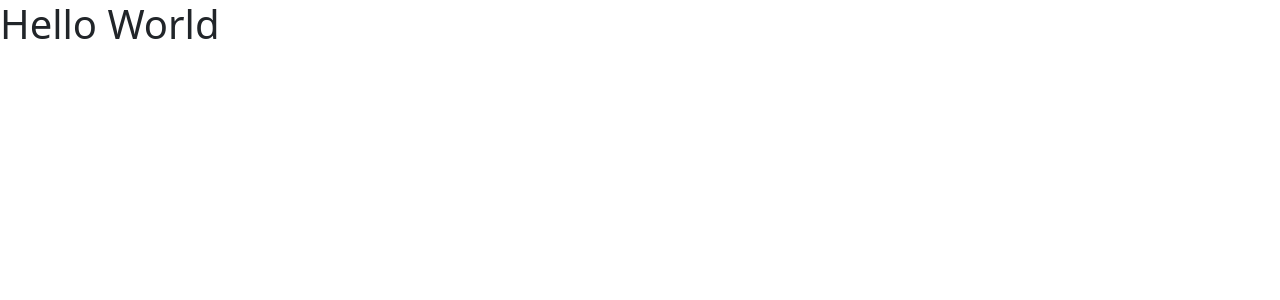
Repository: SandeepSharma2002/JavaProjects
Page: http://localhost/ENotes/
An editor plug-in stored every save of this project. The page is shown before and after the next save, followed by the edit.
The browser window is 1280 px wide. The pictures show the whole page.
The page is served by Tomcat 9. Other server files are loaded and not shown.

Above is the page before, as saved 2023-10-23 19:36:29.

### ENotes/src/main/webapp/index.jsp
<%@ page language="java" contentType="text/html; charset=ISO-8859-1"
	pageEncoding="ISO-8859-1"%>
<!DOCTYPE html>
<html>
<head>
<meta charset="ISO-8859-1">
<title>Home Page</title>

<%@ include file = "Components/allcss.jsp" %>

</head>
<body>

<h1>Hello World</h1>

</body>
</html>

### ENotes/src/main/webapp/Components/allcss.jsp
<link ref="stylesheet" href="Style/Style.css" />

<link
	href="https://cdn.jsdelivr.net/npm/bootstrap@5.3.2/dist/css/bootstrap.min.css"
	rel="stylesheet"
	integrity="sha384-T3c6CoIi6uLrA9TneNEoa7RxnatzjcDSCmG1MXxSR1GAsXEV/Dwwykc2MPK8M2HN"
	crossorigin="anonymous">

<link rel="stylesheet"
	href="https://cdnjs.cloudflare.com/ajax/libs/font-awesome/6.4.2/css/all.min.css"
	integrity="sha512-z3gLpd7yknf1YoNbCzqRKc4qyor8gaKU1qmn+CShxbuBusANI9QpRohGBreCFkKxLhei6S9CQXFEbbKuqLg0DA=="
	crossorigin="anonymous" referrerpolicy="no-referrer" />


<script
	src="https://cdn.jsdelivr.net/npm/bootstrap@5.3.2/dist/js/bootstrap.bundle.min.js"
	integrity="sha384-C6RzsynM9kWDrMNeT87bh95OGNyZPhcTNXj1NW7RuBCsyN/o0jlpcV8Qyq46cDfL"
	crossorigin="anonymous"></script>

Loaded but not shown: ENotes/src/main/webapp/Components/Navbar.jsp (common file)

After the next save:
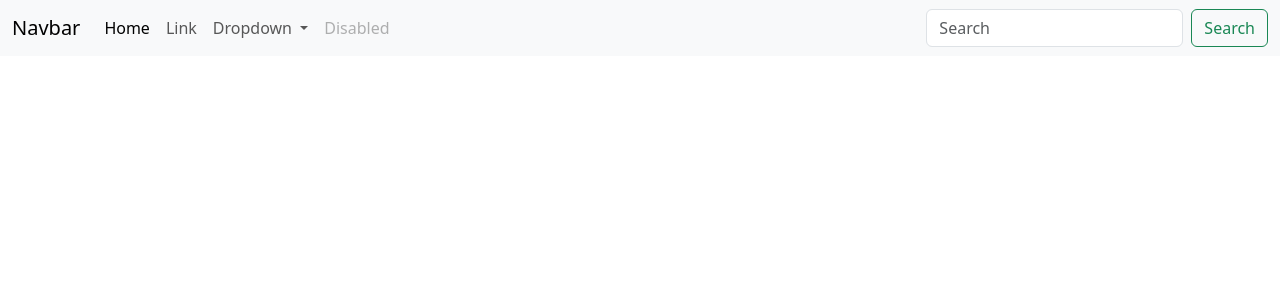
Saved 46 s later.
--- a/ENotes/src/main/webapp/index.jsp
+++ b/ENotes/src/main/webapp/index.jsp
@@ -11,7 +11,6 @@
 </head>
 <body>
 
-<h1>Hello World</h1>
-
+<%@include file="Components/Navbar.jsp" %>
 </body>
 </html>
